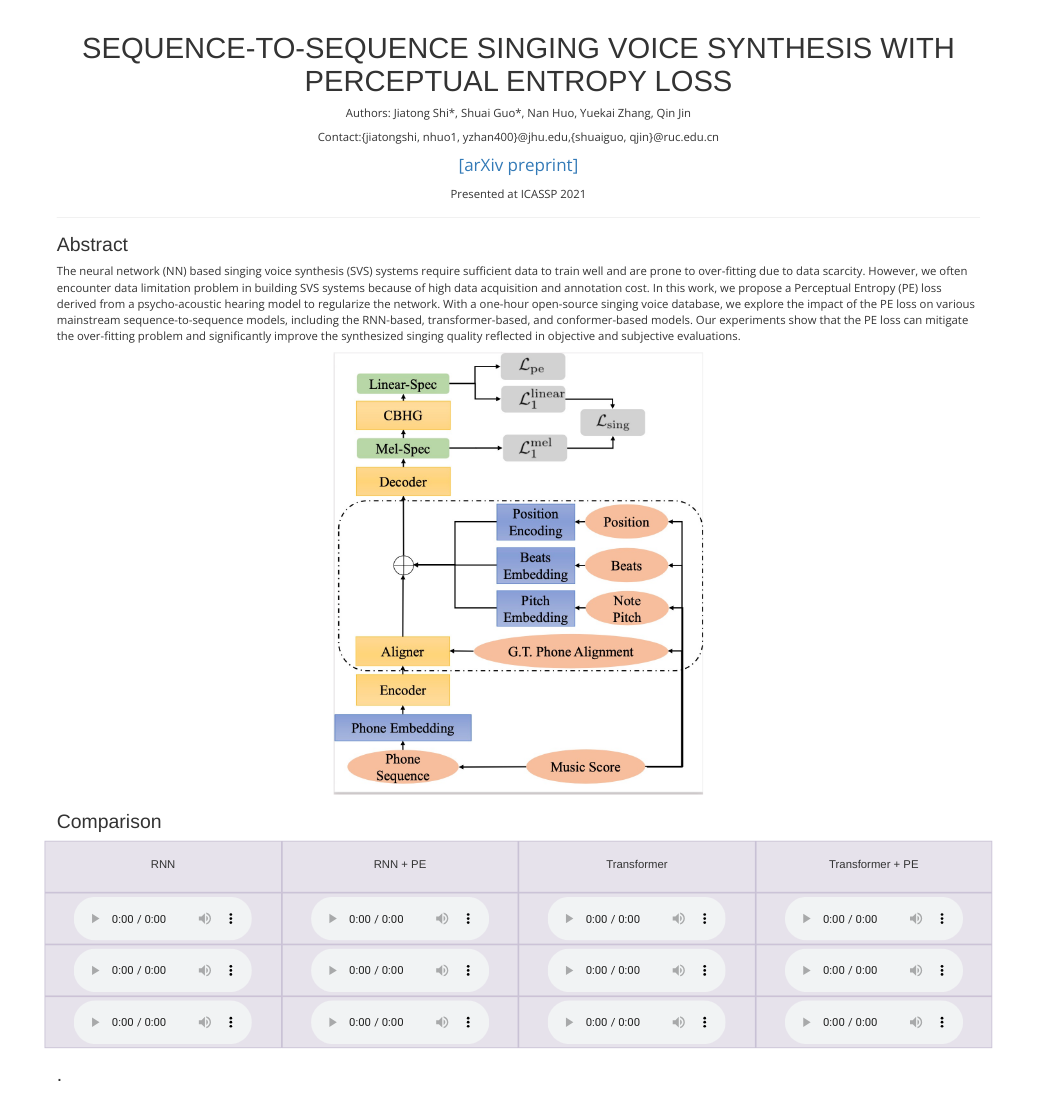
Repository: PeterGuoRuc/SVS_pe.github.io
Page: index.html
These files come from the project's save history. The page is drawn as it stood at one moment and after the next save; the edit follows.
The browser window is 1280 px wide. The pictures show the whole page, at 81% of full size.

Above is the page before, as saved 2021-06-06 17:02:26.

After the next save:
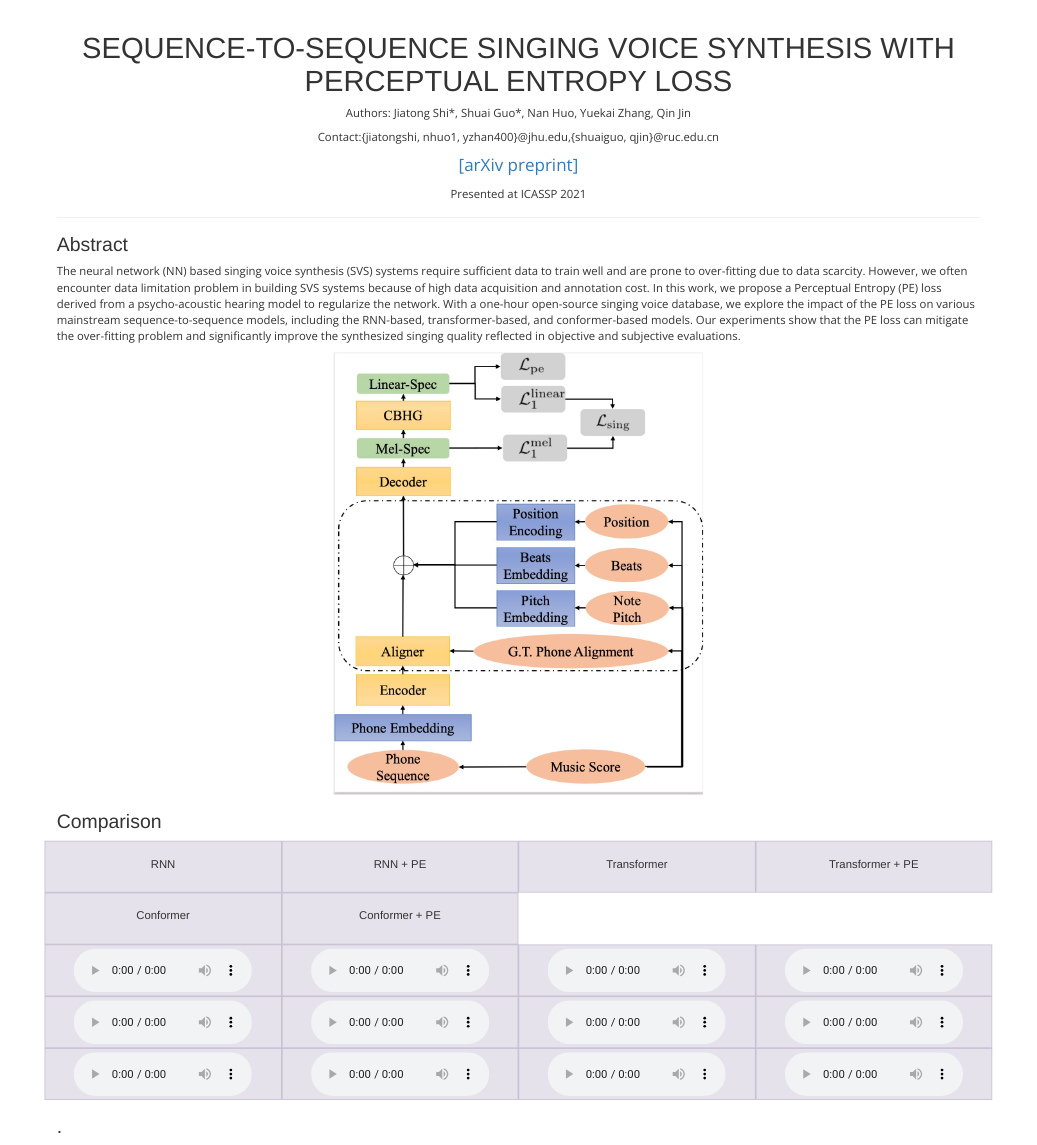
Saved 12 s later.
--- a/index.html
+++ b/index.html
@@ -70,6 +70,8 @@
         <div class="col-md-3">RNN + PE</div>
         <div class="col-md-3">Transformer</div>
         <div class="col-md-3">Transformer + PE</div>
+        <div class="col-md-3">Conformer</div>
+        <div class="col-md-3">Conformer + PE</div>
       </div>
       <div class="row">
         <div class="col-md-3"><audio src="files/1_Feel_4.mp3" controls></audio></div>

After the save that followed:
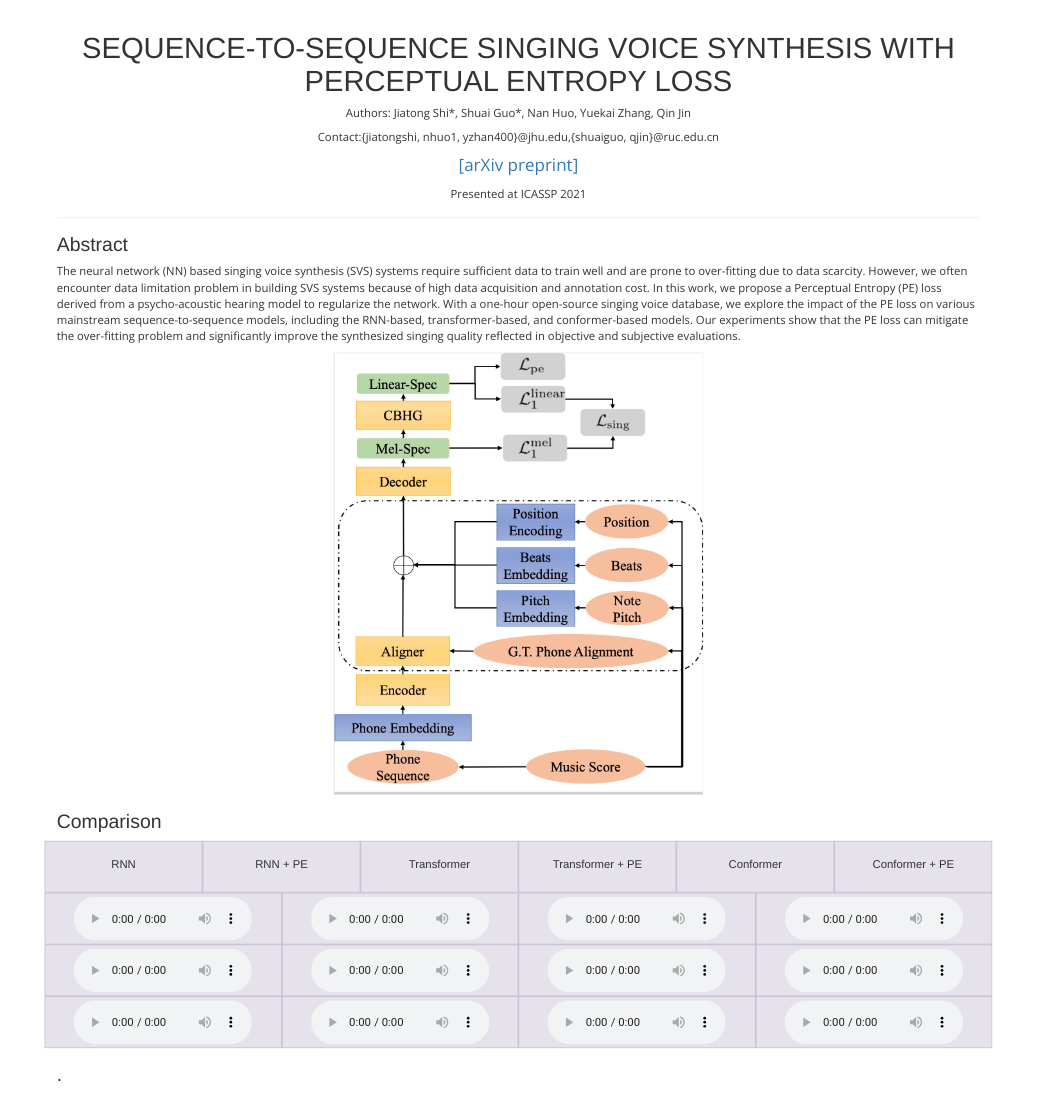
Saved 19 s later.
--- a/index.html
+++ b/index.html
@@ -66,12 +66,12 @@
 
       <h3>Comparison</h3>
       <div class="row">
-        <div class="col-md-3">RNN</div>
-        <div class="col-md-3">RNN + PE</div>
-        <div class="col-md-3">Transformer</div>
-        <div class="col-md-3">Transformer + PE</div>
-        <div class="col-md-3">Conformer</div>
-        <div class="col-md-3">Conformer + PE</div>
+        <div class="col-md-2">RNN</div>
+        <div class="col-md-2">RNN + PE</div>
+        <div class="col-md-2">Transformer</div>
+        <div class="col-md-2">Transformer + PE</div>
+        <div class="col-md-2">Conformer</div>
+        <div class="col-md-2">Conformer + PE</div>
       </div>
       <div class="row">
         <div class="col-md-3"><audio src="files/1_Feel_4.mp3" controls></audio></div>
